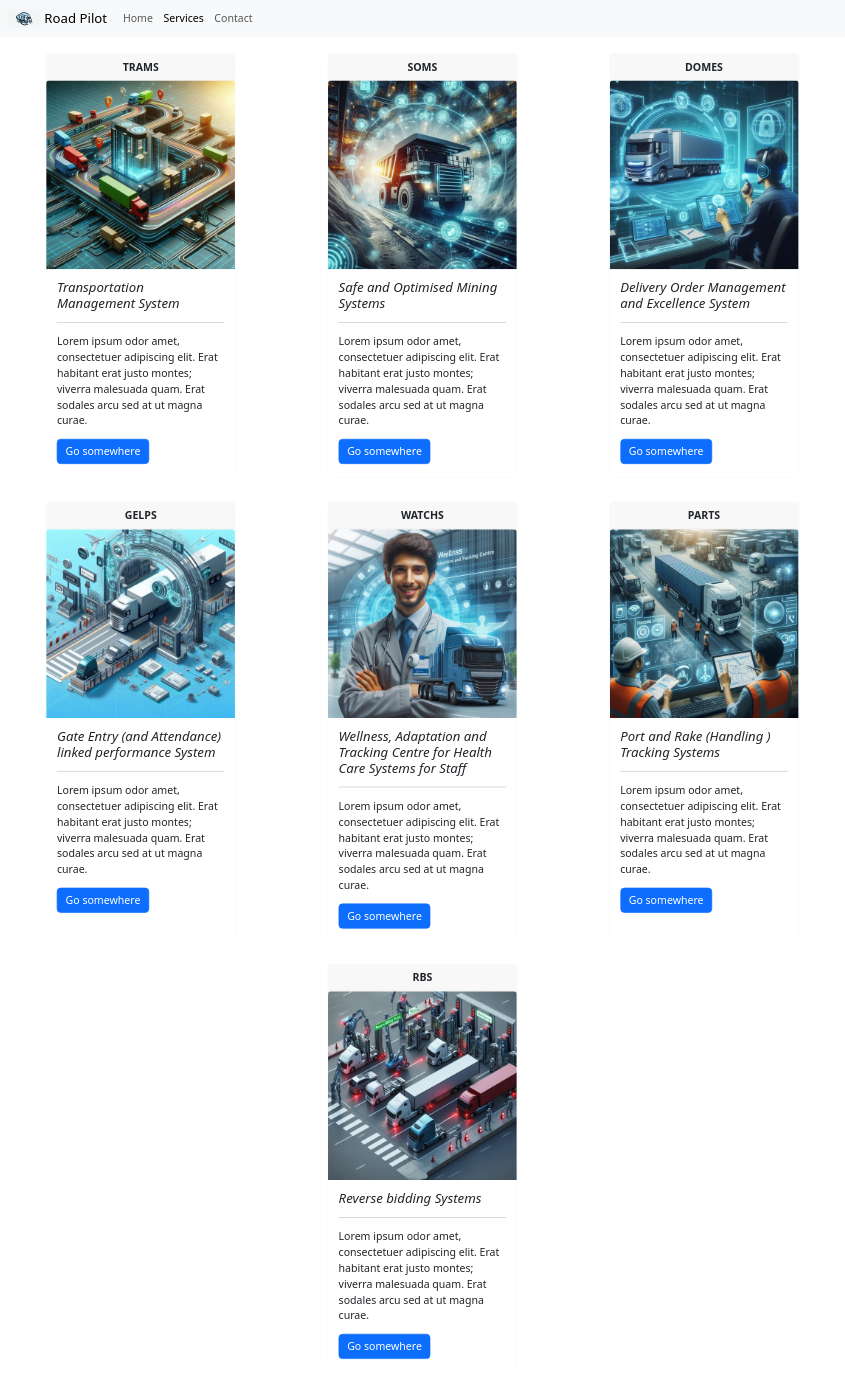
Repository: VictoriousMango/WebCreator
Page: pages/Services.html
These files come from the project's save history. The page is drawn as it stood at one moment and after a run of saves; the edit follows.
The browser window is 1280 px wide. The pictures show the whole page, at 66% of full size.

Above is the page before, as saved 2024-11-09 12:21:16.

After the next 2 saves:
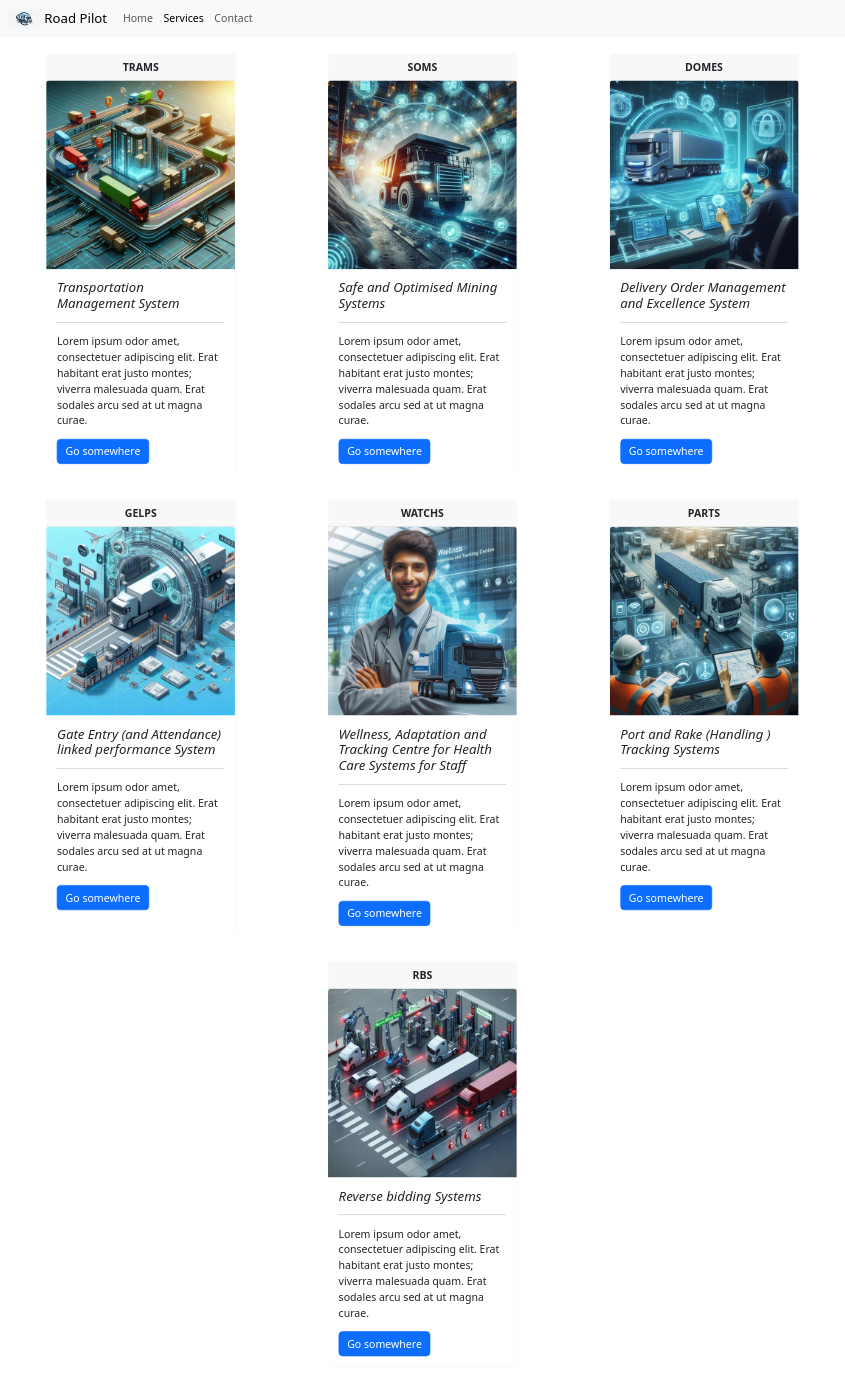
The 2 saves are shown as one change because they came seconds apart.
The last was saved 42 s later.
--- a/pages/Services.html
+++ b/pages/Services.html
@@ -49,7 +49,7 @@
     -->
     <div class="services">
         <!-- TRAMS -->
-        <div class="card border-light" style="width: 18rem;">
+        <div class="card border-light mb-3" style="width: 18rem;">
             <div class="card-header">
                 <b>TRAMS</b>
             </div>
